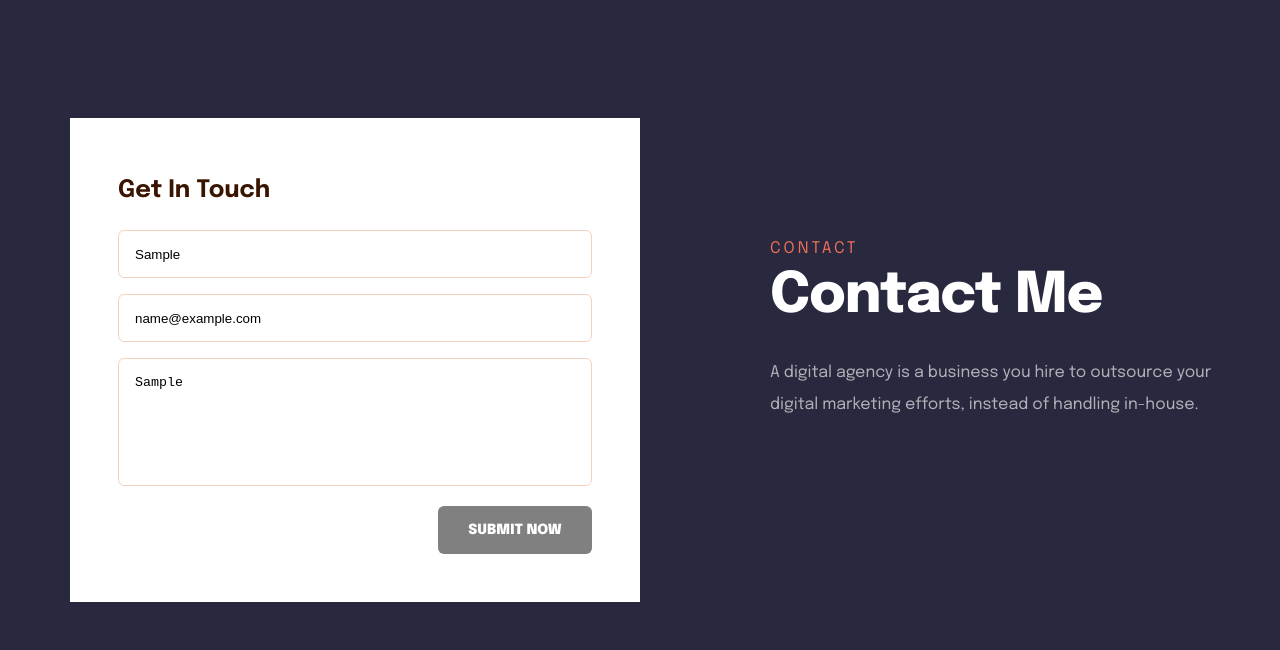
Repository: SabrinaSeydaliyeva/Task-17
Page: pages/contactPage/index.html
An editor plug-in stored every save of this project. The page is shown before and after the next save, followed by the edit.
The browser window is 1280 px wide. The pictures show the whole page.
Empty fields were first filled with sample values (such as "Sample", 5 or name@example.com).
After loading, the first visible `input.name-input` was changed once.
The style sheet was rebuilt from its Sass, Less or Tailwind sources for each picture, by a compiler version that may differ from the author's.

Above is the page before, as saved 2023-09-06 16:18:54.

### pages/contactPage/index.html
<!DOCTYPE html>
<html lang="en">
  <head>
    <meta charset="UTF-8" />
    <meta http-equiv="X-UA-Compatible" content="IE=edge" />
    <meta name="viewport" content="width=device-width, initial-scale=1.0" />
    <title>Document</title>
    <link rel="stylesheet" href="../../assets/css/reset.css" />
    <link rel="stylesheet" href="index.css" />
  </head>
  <body>
    <div class="container">
      <div class="left-container">
        <span>Get In Touch</span>

        <form action="">
          <label for="">
            <input class="name-input" type="text" placeholder="Your name" required />
          </label>

          <label for="">
            <input
              class="email-input"
              type="email"
              placeholder="Your email"
              required
            />
          </label>

          <label for="">
            <textarea class="message" placeholder="Message" name=""></textarea required>
          </label>
          <p class="error-msj">Fill all data</p>
          <button disabled>Submit Now</button>
        </form>
      </div>

      <div class="right-container">
        <span>Contact</span>
        <h1>Contact Me</h1>
        <p class="p-1">
          A digital agency is a business you hire to outsource your digital
          marketing efforts, instead of handling in-house.
        </p>

        <ul>

        </ul>
      </div>
    </div>
  </body>
  <script src="./index.js"></script>
</html>

### pages/contactPage/index.js
let btn = document.querySelector("button");
let nameInput = document.querySelector(".name-input");
let emailInput = document.querySelector(".email-input");
let msj = document.querySelector(".message");
let ul = document.querySelector("ul");
let errorMsj=document.querySelector('.error-msj')


btn.addEventListener("click", showData);
let allInputs=document.querySelectorAll('input')
console.log(allInputs);
allInputs.forEach(element=>{
    element.addEventListener('keyup',checkData )
})
function checkData(){
    if(nameInput.value&& emailInput.value){
    btn.style.backgroundColor='violet'
btn.disabled=false
    }
    else{
errorMsj.style.dis
    }
}
function showData(e) {
  e.preventDefault();
  console.log(nameInput.value);
  ul.innerHTML += `
<li>
<div class="circle">
  <svg
    xmlns="http://www.w3.org/2000/svg"
    width="23"
    height="24"
    viewBox="0 0 23 24"
    fill="none"
  >
    <path
      fill-rule="evenodd"
      clip-rule="evenodd"
      d="M12.5128 23.9559C18.4476 23.4434 22.9991 18.5852 23 12.7619C22.9992 7.68681 19.5202 3.24133 14.5089 1.91219C14.6419 1.45966 14.5495 0.972375 14.2595 0.596433C13.9696 0.220491 13.5157 -0.000396111 13.034 0H9.9675C9.4858 -0.000396111 9.03192 0.220491 8.74193 0.596433C8.45195 0.972375 8.35958 1.45966 8.49253 1.91219C2.74205 3.43556 -0.865618 8.99957 0.179927 14.7325C1.22547 20.4654 6.57793 24.4683 12.5128 23.9559ZM17.4618 6.91176L17.465 6.90994L17.462 6.91144L17.4618 6.91176ZM17.4618 6.91176L9.87551 11.1479L5.53646 18.5674L13.126 14.3294L17.4618 6.91176Z"
      fill="white"
    />
  </svg>
</div>
<p>${nameInput.value}</p>
</li>
<li>
<div class="circle">
  <svg
    xmlns="http://www.w3.org/2000/svg"
    width="24"
    height="24"
    viewBox="0 0 24 24"
    fill="none"
  >
    <path
      fill-rule="evenodd"
      clip-rule="evenodd"
      d="M2.82812 0.765296C3.35902 0.235151 4.09188 -0.0416708 4.84066 0.0050961C5.58945 0.051863 6.28217 0.417722 6.743 1.00981L9.43541 4.46897C9.92889 5.10349 10.1029 5.93003 9.9079 6.71007L9.08742 9.99522C9.00114 10.3413 9.10245 10.7073 9.35441 10.9598L13.0398 14.6454C13.2925 14.8979 13.6592 14.9993 14.0058 14.9124L17.2892 14.0919C18.0691 13.8969 18.8953 14.0711 19.5301 14.5644L22.989 17.2555C24.2324 18.2231 24.3464 20.0607 23.2335 21.1722L21.6825 22.7233C20.5726 23.8333 18.9136 24.3209 17.3672 23.7763C13.4091 22.3836 9.81531 20.1174 6.85249 17.146C3.88152 14.1834 1.61557 10.5899 0.222699 6.63206C-0.320284 5.08699 0.167201 3.42642 1.27717 2.31637L2.82812 0.765296Z"
      fill="white"
    />
  </svg>
</div>
<p>${emailInput.value}</p>
</li>
<li>
<div class="circle">
  <svg
    xmlns="http://www.w3.org/2000/svg"
    width="24"
    height="18"
    viewBox="0 0 24 18"
    fill="none"
  >
    <path
      fill-rule="evenodd"
      clip-rule="evenodd"
      d="M3 0C1.60024 -9.42171e-05 0.386447 0.967828 0.075 2.3325L12 9.621L23.925 2.3325C23.6136 0.967828 22.3998 -9.42171e-05 21 0H3ZM0 14.7015V4.0455L8.7045 9.3645L0 14.7015ZM10.1415 10.245L0.2865 16.2855C0.78351 17.3335 1.84012 18.0011 3 18H21C22.1597 18.0003 23.2157 17.3321 23.712 16.284L13.857 10.2435L12 11.379L10.1415 10.2435V10.245ZM24 14.7015L15.2955 9.366V9.3645L24 4.0455V14.7015Z"
      fill="white"
    />
  </svg>
</div>
<p>${msj.value}</p>
</li>
<hr/>
`;
}

### assets/css/reset.scss
*{
    margin: 0;
    padding: 0;
    box-sizing: border-box;
}
a{
    text-decoration: none;
}
button{
    border: none;
}

### pages/contactPage/index.scss
@import url("https://fonts.googleapis.com/css2?family=Epilogue:wght@400;700;800;900&display=swap");

.container {
  width: 100%;
  min-height: 100vh;
  background-color: #28293e;
  display: flex;
  justify-content: center;
  align-items: center;

  .left-container {
    padding: 57px 48px 48px 48px;
    width: 570px;
    background-color: white;

    span {
      display: block;
      margin-bottom: 23px;
      color: var(--Text_Dark, #391400);
      font-feature-settings: "clig" off, "liga" off;
      font-family: Epilogue;
      font-size: 24px;
      font-style: normal;
      font-weight: 700;
      line-height: 32px;
    }
    form {
      input {
        margin-bottom: 16px;
        width: 100%;
        height: 48px;
        padding: 0 16px;
        border-radius: 6px;
        border: 1px solid #f3d1bf;
        background: #fff;
        &::placeholder {
          color: var(--Text_Dark_Gray, rgba(57, 20, 0, 0.64));
          font-feature-settings: "clig" off, "liga" off;
          font-family: Epilogue;
          font-size: 16px;
          font-style: normal;
          font-weight: 400;
          line-height: 32px;
        }
      }

      textarea {
        margin-bottom: 16px;
        width: 100%;
        height: 128px;
        padding: 16px ;
        border-radius: 6px;
        border: 1px solid #f3d1bf;
        background: #fff;
        resize: none;
        &::placeholder {
          color: var(--Text_Dark_Gray, rgba(57, 20, 0, 0.64));
          font-feature-settings: "clig" off, "liga" off;
          font-family: Epilogue;
          font-size: 16px;
          font-style: normal;
          font-weight: 400;
        }
      }

      button {
        width: 154px;
        height: 48px;
        margin-left: auto;
        display: block;
        border-radius: 6px;
        background: gray;
        color: #fff;
        text-align: center;
        font-family: Epilogue;
        font-size: 14px;
        font-style: normal;
        font-weight: 900;
        line-height: normal;
        text-transform: uppercase;
      }
      .error-msj{
        color: red;
        display: none;
      }
    }
  }

  .right-container {
    padding: 30px 0px 48px 130px;
    width: 570px;

    span {
      margin-bottom: 20px;
      color: var(--Text_Light_Accent, #ef6d58);
      font-feature-settings: "clig" off, "liga" off;
      font-family: Epilogue;
      font-size: 16px;
      font-style: normal;
      font-weight: 400;
      line-height: 32px;
      letter-spacing: 3px;
      text-transform: uppercase;
    }

    h1 {
      margin-bottom: 28px;
      color: var(--Text_Light, #fff);
      font-feature-settings: "clig" off, "liga" off;
      font-family: Epilogue;
      font-size: 56px;
      font-style: normal;
      font-weight: 800;
      line-height: 64px;
      letter-spacing: -1px;
    }

    .p-1 {
      margin-bottom: 45px;
      width: 470px;
      height: 67px;
      flex-shrink: 0;
      color: var(--Text_Light_Gray, rgba(255, 255, 255, 0.64));
      font-feature-settings: "clig" off, "liga" off;
      font-family: Epilogue;
      font-size: 16px;
      font-style: normal;
      font-weight: 400;
      line-height: 32px;
    }

    ul {
      display: flex;
      flex-direction: column;
      gap: 16px;
      li {
        list-style-type: none;
        display: flex;
        align-items: center;
        .circle {
          width: 48px;
          height: 48px;
          border-radius: 50%;
          background-color: #ef6d58;
          display: flex;
          justify-content: center;
          align-items: center;
        }
        p {
          margin-left: 16px;
          color: var(--Text_Light, #fff);
          font-feature-settings: "clig" off, "liga" off;

          /* Text_Big */
          font-family: Epilogue;
          font-size: 20px;
          font-style: normal;
          font-weight: 400;
          line-height: 32px; /* 160% */
        }
      }
    }
  }
}

After the next save:
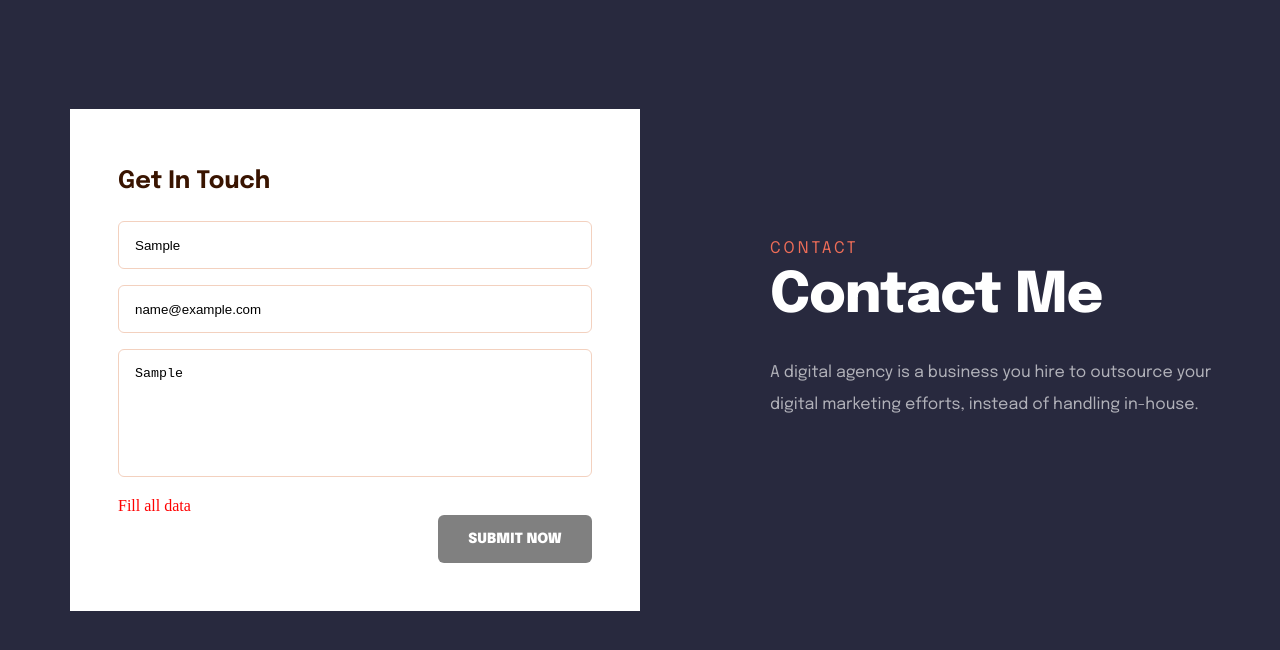
Saved 10 s later.
--- a/pages/contactPage/index.js
+++ b/pages/contactPage/index.js
@@ -18,7 +18,7 @@
 btn.disabled=false
     }
     else{
-errorMsj.style.dis
+errorMsj.style.display='block'
     }
 }
 function showData(e) {

After the 3 saves that followed:
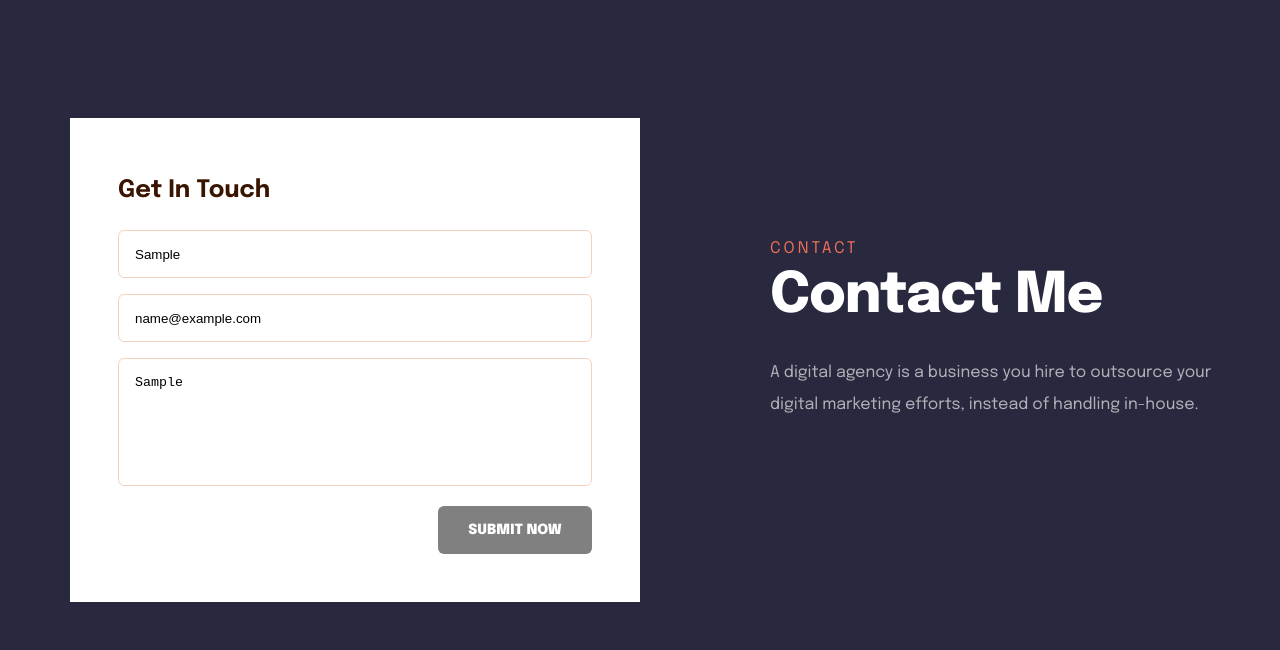
The 3 saves are shown as one change because 1 left the picture as it was and some came seconds apart.
The last was saved 105 s later.
--- a/pages/contactPage/index.js
+++ b/pages/contactPage/index.js
@@ -3,28 +3,28 @@
 let emailInput = document.querySelector(".email-input");
 let msj = document.querySelector(".message");
 let ul = document.querySelector("ul");
-let errorMsj=document.querySelector('.error-msj')
+let errorMsj = document.querySelector('.error-msj')
 
 
 btn.addEventListener("click", showData);
-let allInputs=document.querySelectorAll('input')
+let allInputs = document.querySelectorAll('input')
 console.log(allInputs);
-allInputs.forEach(element=>{
-    element.addEventListener('keyup',checkData )
+allInputs.forEach(element => {
+    element.addEventListener('keyup', checkData)
 })
-function checkData(){
-    if(nameInput.value&& emailInput.value){
-    btn.style.backgroundColor='violet'
-btn.disabled=false
+function checkData() {
+    if (nameInput.value && emailInput.value) {
+        btn.style.backgroundColor = 'violet'
+        btn.disabled = false
     }
-    else{
-errorMsj.style.display='block'
+    else {
+
     }
 }
 function showData(e) {
-  e.preventDefault();
-  console.log(nameInput.value);
-  ul.innerHTML += `
+    e.preventDefault();
+    console.log(nameInput.value);
+    ul.innerHTML += `
 <li>
 <div class="circle">
   <svg
